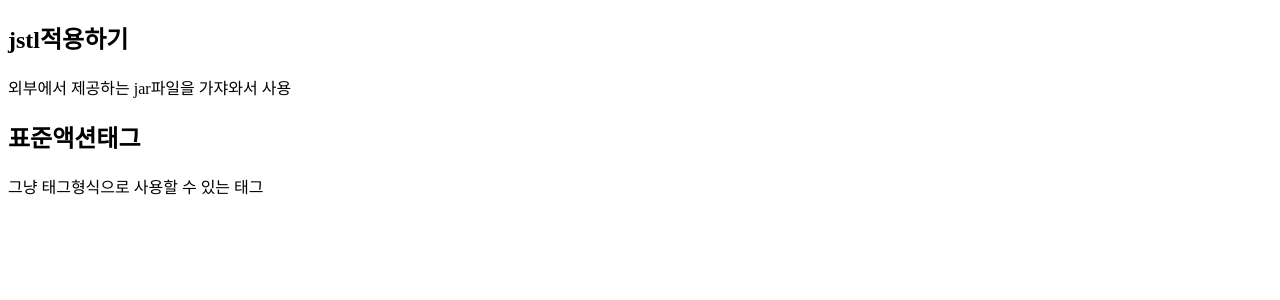
Repository: simjiho/week
Page: http://localhost/el_jstl/
These files come from the project's save history. The page is drawn as it stood at one moment and after the next save; the edit follows.
The browser window is 1280 px wide. The pictures show the whole page.
The page is served by Tomcat 9. Other server files are loaded and not shown.

Above is the page before, as saved 2024-04-20 05:03:59.

### workspace/el_jstl/src/main/webapp/index.jsp
<%@ page language="java" contentType="text/html; charset=UTF-8"
    pageEncoding="UTF-8"%>
<!-- 이용할 jstl 태그를 선언해야함 -->
<%@ taglib prefix="c" uri="http://java.sun.com/jsp/jstl/core" %>
<%@ taglib prefix="fmt" uri="http://java.sun.com/jsp/jstl/fmt" %>
<!DOCTYPE html>
<html>
<head>
<meta charset="UTF-8">
<title>jstl</title>
</head>
<body>
	<h2>jstl적용하기</h2>
	<p>외부에서 제공하는 jar파일을 가쟈와서 사용</p>

	<h2>표준액션태그</h2>
	<p>
		그냥 태그형식으로 사용할 수 있는 태그 <br>
	</p>
</body>
</html>

After the next save:
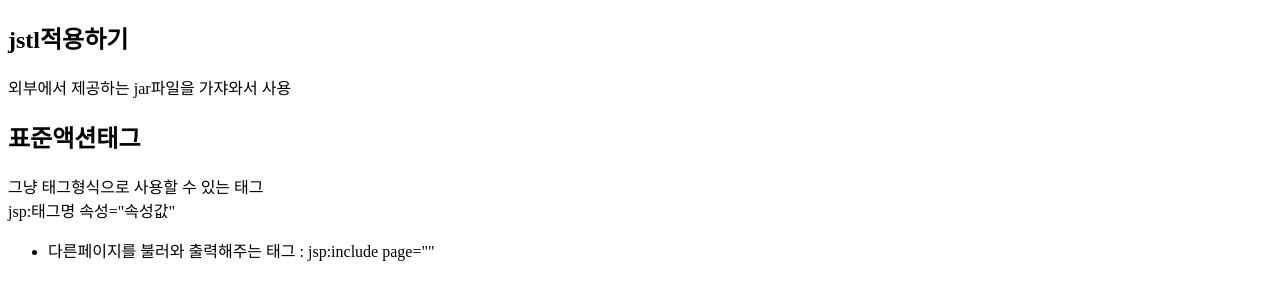
Saved 57 s later.
--- a/workspace/el_jstl/src/main/webapp/index.jsp
+++ b/workspace/el_jstl/src/main/webapp/index.jsp
@@ -16,6 +16,11 @@
 	<h2>표준액션태그</h2>
 	<p>
 		그냥 태그형식으로 사용할 수 있는 태그 <br>
+		jsp:태그명 속성="속성값"
 	</p>
+	<ul>
+		<li>
+			다른페이지를 불러와 출력해주는 태그 : jsp:include page=""
+		</ul>
 </body>
 </html>
